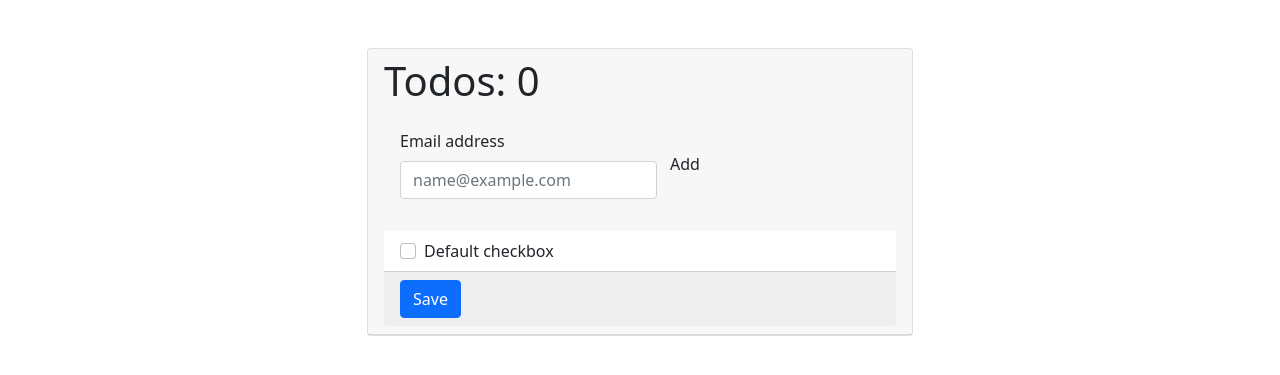
Repository: saidabbasun/TODO-react-redux
Page: /
The author's editor kept a copy of each file at every save. The page is drawn from the files as they stood at one save, then again after the next save.
The browser window is 1280 px wide. The pictures show the whole page.
The project was rebuilt for these pictures with package versions that can differ from the ones it lists, and the page was loaded fresh each time.

Above is the page before, as saved 2022-05-17 12:06:51.

### public/index.html
<!DOCTYPE html>
<html lang="en">
  <head>
    <meta charset="utf-8" />

    <meta name="viewport" content="width=device-width, initial-scale=1" />
    <meta name="theme-color" content="#000000" />
    <meta
      name="description"
      content="Web site created using create-react-app"
    />
    <link href="https://cdn.jsdelivr.net/npm/bootstrap@5.0.2/dist/css/bootstrap.min.css" rel="stylesheet" integrity="sha384-EVSTQN3/azprG1Anm3QDgpJLIm9Nao0Yz1ztcQTwFspd3yD65VohhpuuCOmLASjC" crossorigin="anonymous">

    <title>React App</title>
  </head>
  <body>

    <div id="root"></div>

  </body>
</html>

### src/index.js
import React from 'react';
import ReactDOM from 'react-dom/client';
import App from './App';

const root = ReactDOM.createRoot(document.getElementById('root'));
root.render(
  <React.StrictMode>
    <App />
  </React.StrictMode>
);

### src/App.jsx
function App() {
  return (
    <div className="container">
      <div className="row">
        <div className="col-md-6 offset-md-3">
          <div className="card mt-5">
            <div className="card-header">
              <h1>Todos: 0</h1>
              <div>
                <div className="card-body">
                <form class="mb-3 d-flex justify-content-betwebn">
   <div> <label for="exampleFormControlInput1" class="form-label">Email address</label>
  <input type="email" class="form-control" id="exampleFormControlInput1" placeholder="name@example.com"/>
</div>
  <button className=" btn btn-succes"> Add</button>
</form>
                </div>
                  <ul class="list-group list-group-flush">
                    <li class="list-group-item">
                    <input class="form-check-input me-2" type="checkbox" value="" id="flexCheckDefault"/>
                    <label class="form-check-label" for="flexCheckDefault">
                       Default checkbox
                    </label>
                    </li>

                  </ul>

                <div className=" card-footer">
                  <button className="btn btn-primary">Save</button>
                </div>
              </div>
            </div>
          </div>
        </div>
      </div>
    </div>
  );
}

export default App;

After the next save:
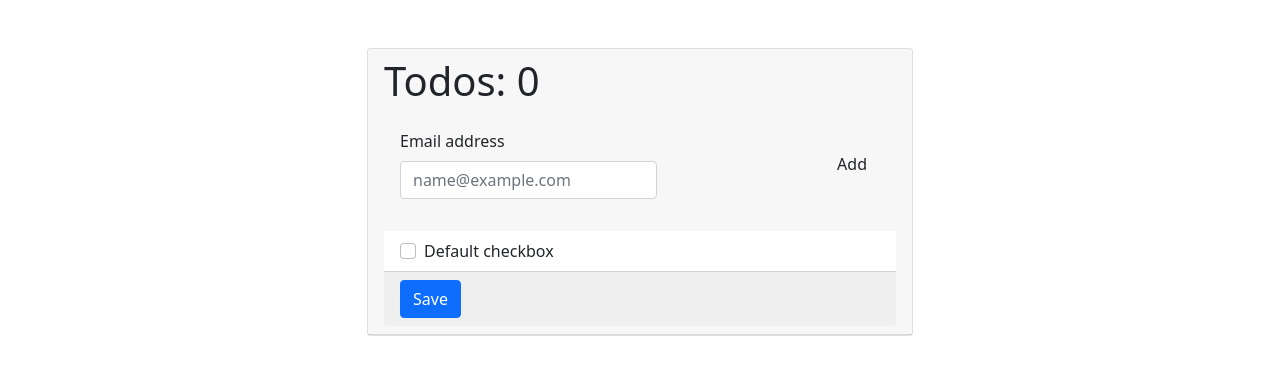
Saved 6 s later.
--- a/src/App.jsx
+++ b/src/App.jsx
@@ -8,7 +8,7 @@ function App() {
               <h1>Todos: 0</h1>
               <div>
                 <div className="card-body">
-                <form class="mb-3 d-flex justify-content-betwebn">
+                <form class="mb-3 d-flex justify-content-between">
    <div> <label for="exampleFormControlInput1" class="form-label">Email address</label>
   <input type="email" class="form-control" id="exampleFormControlInput1" placeholder="name@example.com"/>
 </div>
